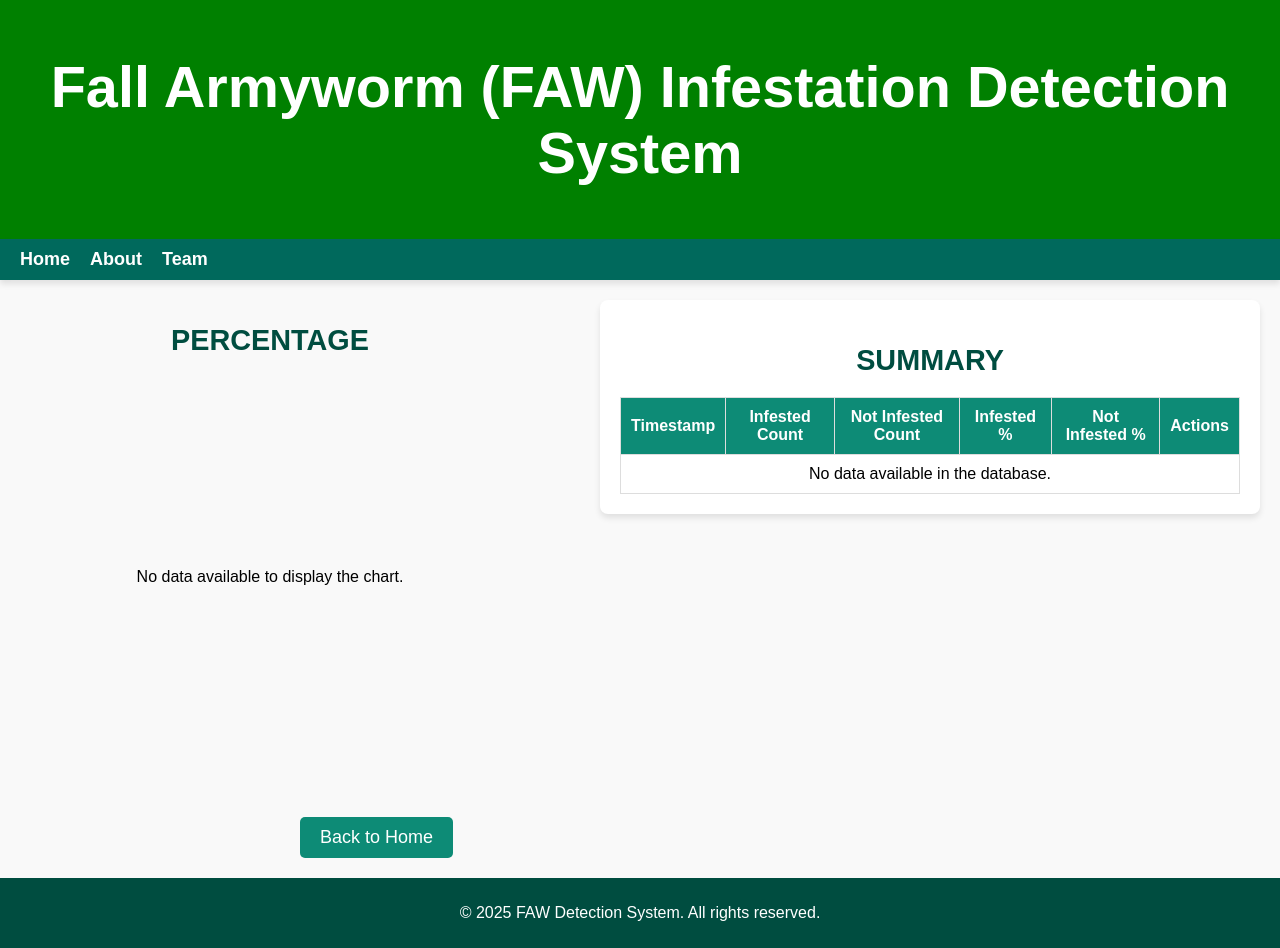
Repository: jansen223/faw-detection-main
Page: /summary
These files come from the project's save history. The page is drawn as it stood at one moment and after the next save; the edit follows.
The browser window is 1280 px wide. The pictures show the whole page.
The page's requests for data from a server got no answer. The project was rebuilt for these pictures with package versions that can differ from the ones it lists, and the page was loaded fresh each time. No one was signed in, and anything a server would have sent is missing. Also part of the build but not shown: src/pages/Home.css, src/pages/Home.js, src/pages/About.css, src/pages/About.js, src/pages/Team.css, src/pages/Team.js.

Above is the page before, as saved 2025-04-14 00:50:33.

After the next save:
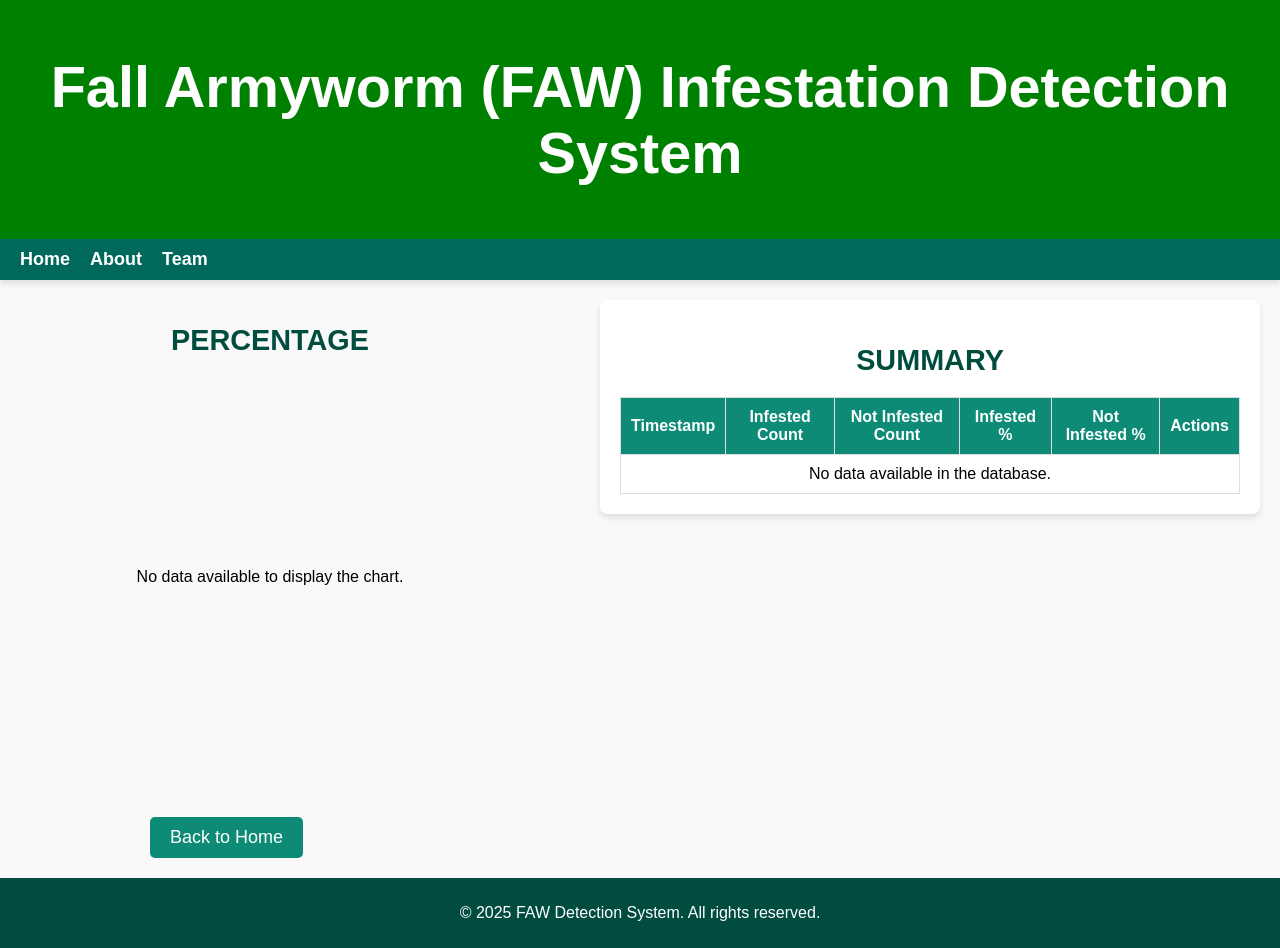
Saved 9 s later.
--- a/src/pages/Summary.css
+++ b/src/pages/Summary.css
@@ -78,7 +78,7 @@
 }
 
 .back-button {
-  margin: 20px 0 20px 300px;
+  margin: 20px 0 20px 150px;
   margin-top: 20px;
   padding: 10px 20px;
   background-color: #0d8b76;
